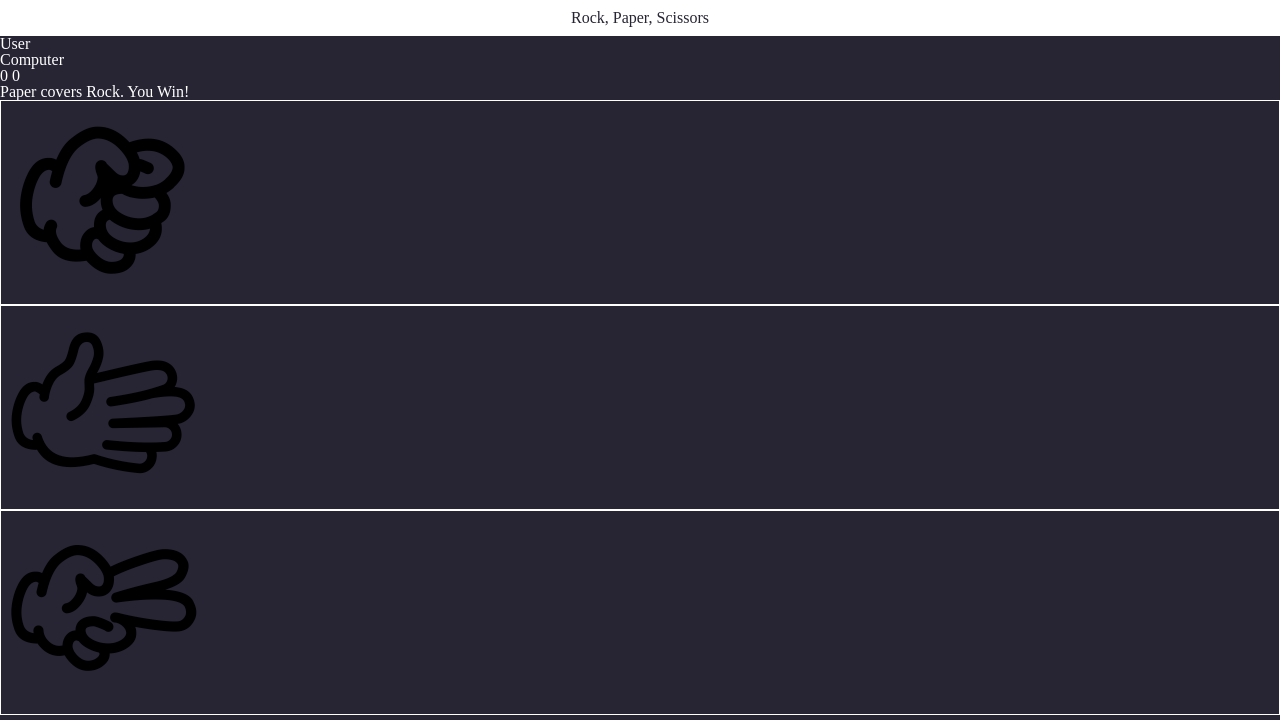
Repository: AndersonGuilherme/rock-paper-scissor-game-javascript
Page: index.html
An editor plug-in stored every save of this project. The page is shown before and after a run of saves, followed by the edit.
The browser window is 1280 px wide. The pictures show the whole page.

Above is the page before, as saved 2019-01-12 12:40:51.

After the next 4 saves:
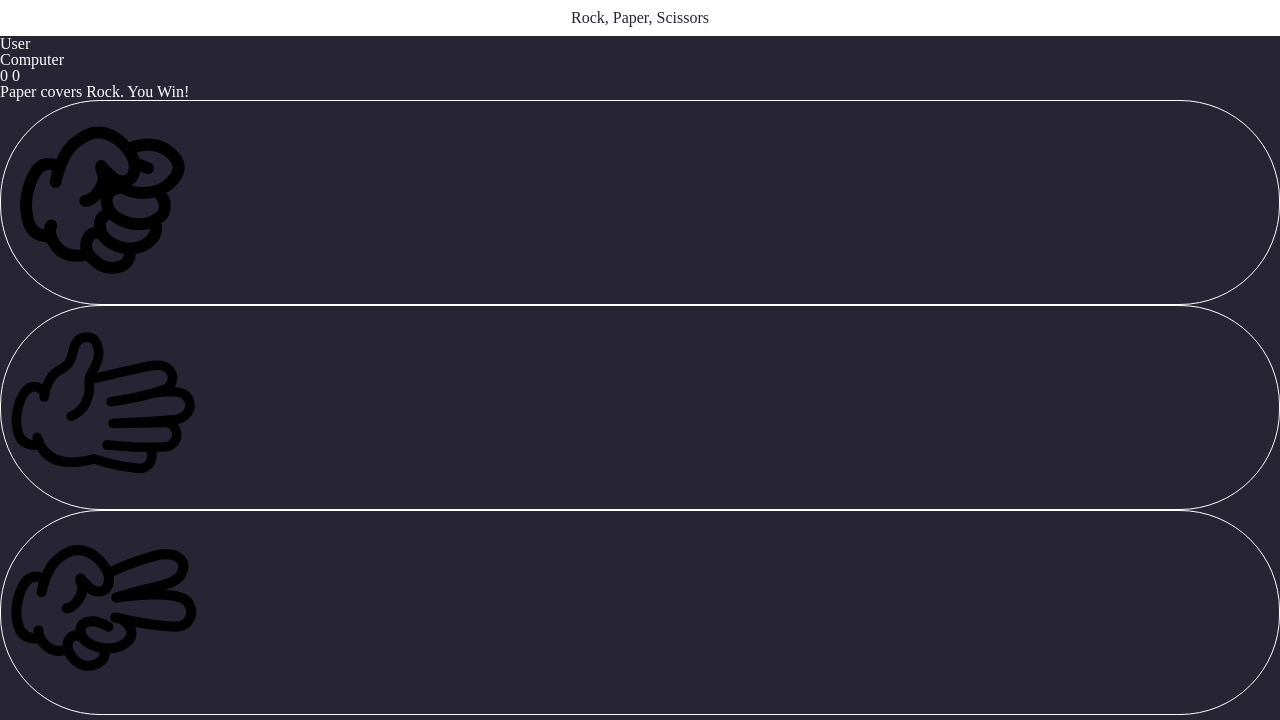
The 4 saves are shown as one change because they came seconds apart.
The last was saved 5 s later.
--- a/src/public/css/style.css
+++ b/src/public/css/style.css
@@ -12,5 +12,5 @@ body{
 
 .choice{
     border: 1px solid #fff;
-    border-r
+    border-radius: 100px;
 }
